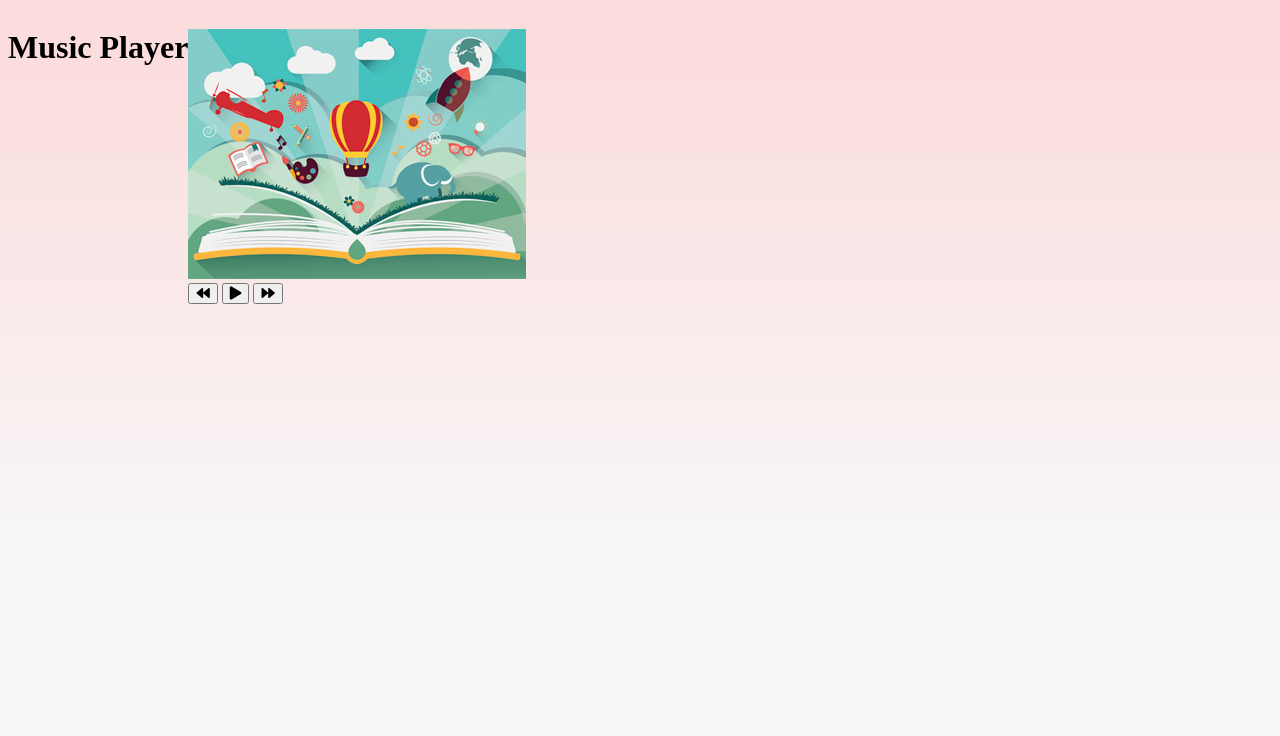
Repository: Youvelop/musicPlayer
Page: index.html
The author's editor kept a copy of each file at every save. The page is drawn from the files as they stood at one save, then again after the next save.
The browser window is 1280 px wide. The pictures show the whole page.
Some web fonts or font styles are not loaded; a fallback is used. Some web libraries are served in a nearby version.

Above is the page before, as saved 2020-07-08 07:52:02.

### index.html
<!DOCTYPE html>
<html lang="en">
  <head>
    <meta charset="UTF-8" />
    <meta name="viewport" content="width=device-width, initial-scale=1.0" />
    <link
      rel="stylesheet"
      href="https://cdnjs.cloudflare.com/ajax/libs/font-awesome/5.10.2/css/all.min.css"
    />
    <link rel="stylesheet" href="style.css" />
    <title>Music Player</title>
  </head>
  <body>
    <h1>Music Player</h1>
    <div class="music-container" id="music-container">
      <div class="music-info">
        <h4 id="title"></h4>
        <div class="progress-container" id="progress-container">
          <div class="progress" id="progress"></div>
        </div>
      </div>
      <audio src="music/ukulele.mp3" id="audio"></audio>

      <div class="img-container">
        <img src="images/ukulele.jpg" id="cover" alt="music-cover" />
      </div>
      <div class="navigation">
        <button id="prev" class="action-btn">
          <i class="fas fa-backward"></i>
        </button>
        <button id="play" class="action-btn action-btn-big">
          <i class="fas fa-play"></i>
        </button>
        <button id="prev" class="action-btn">
          <i class="fas fa-forward"></i>
        </button>
      </div>
    </div>
    <script src="script.js"></script>
  </body>
</html>

### style.css
@import url(‘https://fonts.googleapis.com/css?family=Lato&display=sawp’);

* {
  box-sizing: border-box;
}

body {
  background-image: linear-gradient(
    0deg,
    rgba(247, 247, 247, 1) 23.8%,
    rgba(252, 221, 221, 1) 92%
  );
  height: 100vh;
  display: flex;
}

Loaded but not shown: script.js (no copy from this time; the picture is the same without it)

After the next save:
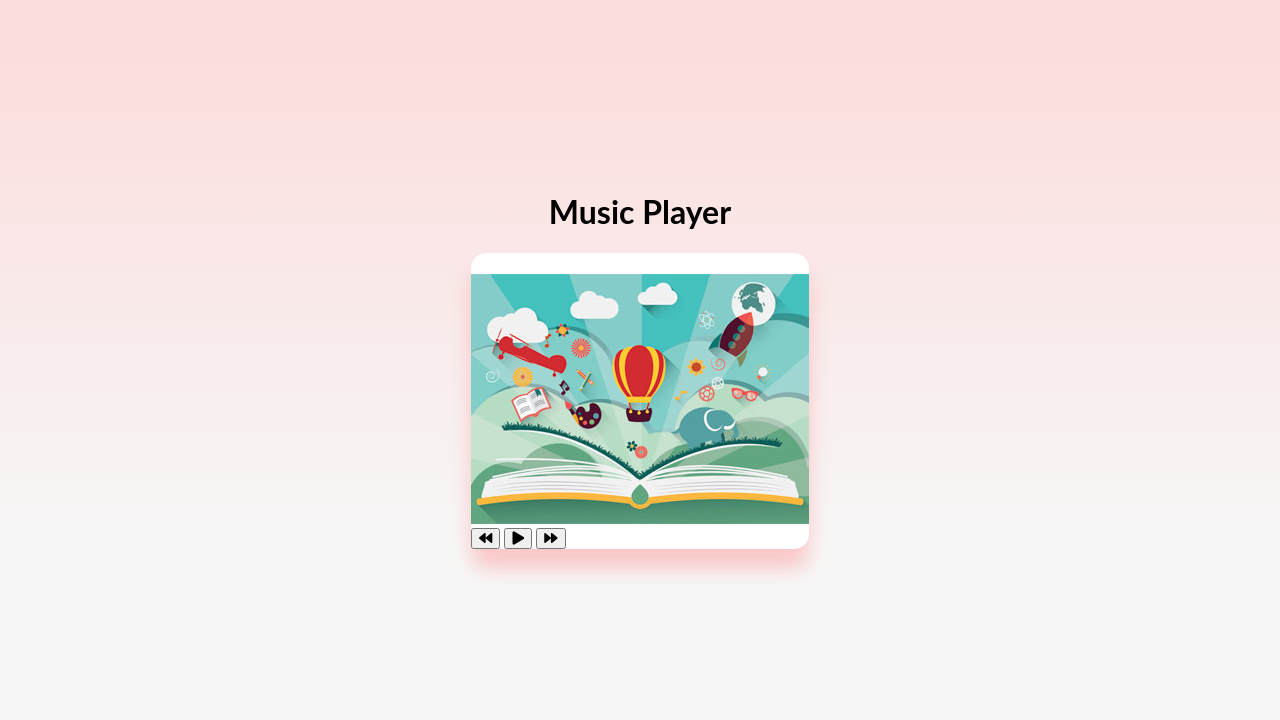
Saved 2 min 3 s later.
--- a/style.css
+++ b/style.css
@@ -12,4 +12,15 @@ body {
   );
   height: 100vh;
   display: flex;
+  flex-direction: column;
+  align-items: center;
+  justify-content: center;
+  font-family: 'Lato', sans-serif;
+  margin: 0;
 }
+
+.music-container {
+  background-color: #fff;
+  border-radius: 15px;
+  box-shadow: 0 20px 20px 0 rgba(252, 169, 169, 0.6);
+}
